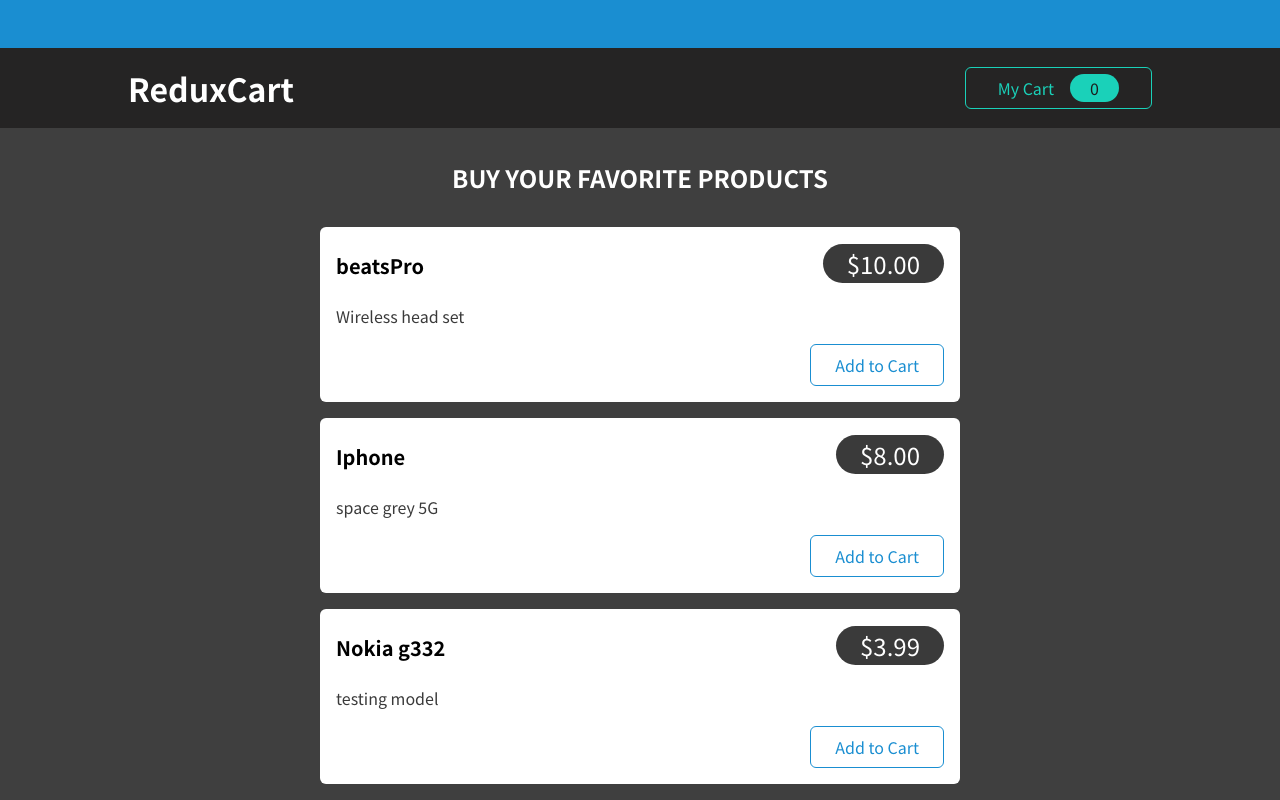
Repository: NamalPathirana/Redux-two-async
Page: /
The author's editor kept a copy of each file at every save. The page is drawn from the files as they stood at one save, then again after the next save.
The browser window is 1280 px wide. The pictures show the whole page.
The page's requests for data from a server got no answer. The project was rebuilt for these pictures with package versions that can differ from the ones it lists, and the page was loaded fresh each time. No one was signed in, and anything a server would have sent is missing. Also part of the build but not shown: src/components/Cart/Cart.module.css, src/components/Cart/CartItem.module.css, src/components/Cart/CartItem.js, src/components/Cart/Cart.js.

Above is the page before, as saved 2022-04-14 23:53:30.

### src/index.js
import ReactDOM from 'react-dom/client';

import './index.css';
import App from './App';
import { Provider } from 'react-redux';
import store from './store/store';



const root = ReactDOM.createRoot(document.getElementById('root'));
root.render(<Provider store={store}><App /></Provider>);

### src/index.css
@import url('https://fonts.googleapis.com/css2?family=Noto+Sans+JP:wght@400;700&display=swap');

* {
  box-sizing: border-box;
}

html {
  font-family: 'Noto Sans JP', sans-serif;
}

body {
  margin: 0%;
  background-color: #3f3f3f;
}

button {
  font: inherit;
  cursor: pointer;
  padding: 0.5rem 1.5rem;
  border-radius: 6px;
  background-color: transparent;
  color: #1a8ed1;
  border: 1px solid #1a8ed1;
}

button:hover,
button:active {
  background-color: #1ac5d1;
  border-color: #1ac5d1;
  color: white;
}

### src/App.js
import Cart from "./components/Cart/Cart";
import Layout from "./components/Layout/Layout";
import Products from "./components/Shop/Products";
import { useSelector } from "react-redux";
import { Fragment, useEffect } from "react";
import Notification from "./components/UI/Notification";

function App() {
  const cart = useSelector((state) => {
    return state.cart;
  });

  const isVisible = useSelector((state) => state.ui.cartIsVisible);

  useEffect(() => {
    fetch(
      "https://react-http-demo-87b25-default-rtdb.firebaseio.com/cart.json",
      {
        method: "PUT",
        body: JSON.stringify(cart),
      }
    );
  }, [cart]);

  return (
    <Fragment>
      <Notification></Notification>
      <Layout>
        {isVisible && <Cart />}
        <Products />
      </Layout>
    </Fragment>
  );
}

export default App;

### src/store/store.js
import { configureStore } from "@reduxjs/toolkit";
import cartSlice from "./cart";
import UISlice from "./ui-slice";

const store = configureStore({
  reducer: {
    cart: cartSlice,
    ui: UISlice,
  },
});

export default store;

### src/components/Shop/Products.js
import ProductItem from "./ProductItem";
import classes from "./Products.module.css";
import { cartActions } from "../../store/cart";
import { useDispatch, useSelector } from "react-redux";

const Products = (props) => {
  const dispatch = useDispatch();

  const cartItems = useSelector((state) => state.cart.items);

  const productList = [
    {
      id: 1,
      name: "beatsPro",
      description: "Wireless head set",
      price: 10,
    },
    {
      id: 2,
      name: "Iphone",
      description: "space grey 5G",
      price: 8,
    },
    {
      id: 3,
      name: "Nokia g332",
      description: "testing model",
      price: 3.99,
    },
  ];

  const onClickHandler = (id) => {

    const clickedItem = productList.filter((item)=>{ return item.id===id});

    dispatch(
      cartActions.addItemToCart({
        item: {
          id: id,
          name:clickedItem[0].name,
          description: clickedItem[0].description,
          quantity: 1,
          price: clickedItem[0].price,
        },
      })
    );
  }

  return (
    <section className={classes.products}>
      <h2>Buy your favorite products</h2>
      <ul>
        {productList.map((item) => {
          return (
            <ProductItem
              title={item.name}
              price={item.price}
              description={item.description}
              id={item.id}
              onClick={onClickHandler}
            />
          );
        })}
      </ul>
    </section>
  );
};

export default Products;

### src/components/UI/Notification.js
import classes from "./Notification.module.css"

const Notification = (props) => {
  let specialClasses = '';

  if(props.status === 'error'){
      specialClasses = classes.error;
  }

  if(props.status === 'success'){
      specialClasses = classes.success;
  }

  const cssClasses = `${classes.notification} ${specialClasses}`;

  return (
    <section className={cssClasses}>
      <h2>{props.title}</h2>
      <p>{props.message}</p>
    </section>
  );
};

export default Notification;

### src/store/cart.js
import { createSlice } from "@reduxjs/toolkit";

// itemsTemplate = {items: [
//     {
//       id: 0,
//       name: "",
//       description: "",
//       quantity: 0,
//       price: 0,
//       totalPrice: 0,
//     },
//   ],}

const initialCartState = {
  items: [],
  totalAmount: 0.0,
  totalItems: 0,
};

const cartSlice = createSlice({
  name: "cart",
  initialState: initialCartState,
  reducers: {
    addItemToCart(state, actions) {
      if (actions.payload.item === null) return;

      const userEnteredItem = actions.payload.item;

      const existingItem = state.items.find(
        (item) => item.id === userEnteredItem.id
      );

      if (existingItem) {
        existingItem.quantity++;
        existingItem.totalPrice = existingItem.quantity * existingItem.price;
      } else {
        state.items.push({
          id: userEnteredItem.id,
          name: userEnteredItem.name,
          description: userEnteredItem.description,
          quantity: userEnteredItem.quantity,
          price: userEnteredItem.price,
          totalPrice: userEnteredItem.price * userEnteredItem.quantity,
        });
      }

      state.totalItems = state.items.reduce((previousValue, currentItem) => {
        return previousValue + currentItem.quantity;
      }, 0);

      state.totalAmount = state.items.reduce((previousValue, currentItem) => {
        return previousValue + currentItem.totalPrice;
      }, 0);
    },
    increaseQuantity(state, actions) {
      const existingItem = state.items.find(
        (item) => item.id === actions.payload.id
      );
      existingItem.quantity++;
      existingItem.totalPrice = existingItem.price * existingItem.quantity;

      state.totalItems = state.items.reduce((previousValue, currentItem) => {
        return previousValue + currentItem.quantity;
      }, 0);
      state.totalAmount = state.items.reduce((previousValue, currentItem) => {
        return previousValue + currentItem.totalPrice;
      }, 0);
    },
    decreaseQuantity(state, actions) {
      const existingItem = state.items.find(
        (item) => item.id === actions.payload.id
      );

      existingItem.quantity--;
      existingItem.totalPrice = existingItem.price * existingItem.quantity;
      state.totalItems = state.items.reduce((previousValue, currentItem) => {
        return previousValue + currentItem.quantity;
      }, 0);
      state.totalAmount = state.items.reduce((previousValue, currentItem) => {
        return previousValue + currentItem.totalPrice;
      }, 0);

      if (existingItem.quantity === 0)
        state.items = state.items.filter((item) => item.id !== existingItem.id);
    },
  },
});

export const cartActions = cartSlice.actions;

export default cartSlice.reducer;

### src/store/ui-slice.js
import { createSlice } from "@reduxjs/toolkit";

const initialUIState = {
    cartIsVisible:false
}

const UISlice = createSlice({
    name:'ui',
    initialState:{initialUIState},
    reducers:{
        toggle(state){
            state.cartIsVisible = !state.cartIsVisible;
        }
    }
});

export const UIActions = UISlice.actions;

export default UISlice.reducer;

### src/components/Shop/ProductItem.js
import Card from "../UI/Card";
import classes from "./ProductItem.module.css";

const ProductItem = (props) => {
  const { title, price, description, id } = props;

  return (
    <li className={classes.item}>
      <Card>
        <header>
          <h3>{title}</h3>
          <div className={classes.price}>${price.toFixed(2)}</div>
        </header>
        <p>{description}</p>
        <div className={classes.actions}>
          <button onClick={props.onClick.bind(null,id)}>Add to Cart</button>
        </div>
      </Card>
    </li>
  );
};

export default ProductItem;

### src/components/UI/Notification.module.css
.notification{
    background-color: #1a8ed1;
    width: 100%;
    height: 3rem;
    margin: auto;
    display: flex;
    justify-content: space-between;
    align-items: center;
    color: white;
}

### src/components/Cart/CartButton.js
import classes from "./CartButton.module.css";
import { useSelector, useDispatch } from "react-redux";
import { UIActions } from "../../store/ui-slice";

const CartButton = () => {
  const dispatch = useDispatch();

  const cartItemCount = useSelector((state) => {
    return state.cart.totalItems;
  });

  const cartToggleHandler = () => {
    dispatch(UIActions.toggle());
  };

  return (
    <button className={classes.button} onClick={cartToggleHandler}>
      <span>My Cart</span>
      <span className={classes.badge}>{cartItemCount}</span>
    </button>
  );
};

export default CartButton;

Loaded but not shown: public/index.html (common file); src/components/Layout/Layout.js (common file); src/components/UI/Card.js (common file); src/components/Layout/MainHeader.js (common file); src/components/Shop/Products.module.css (common file); src/components/UI/Card.module.css (common file); src/components/Layout/MainHeader.module.css (common file); src/components/Shop/ProductItem.module.css (common file); src/components/Cart/CartButton.module.css (common file)

After the next save:
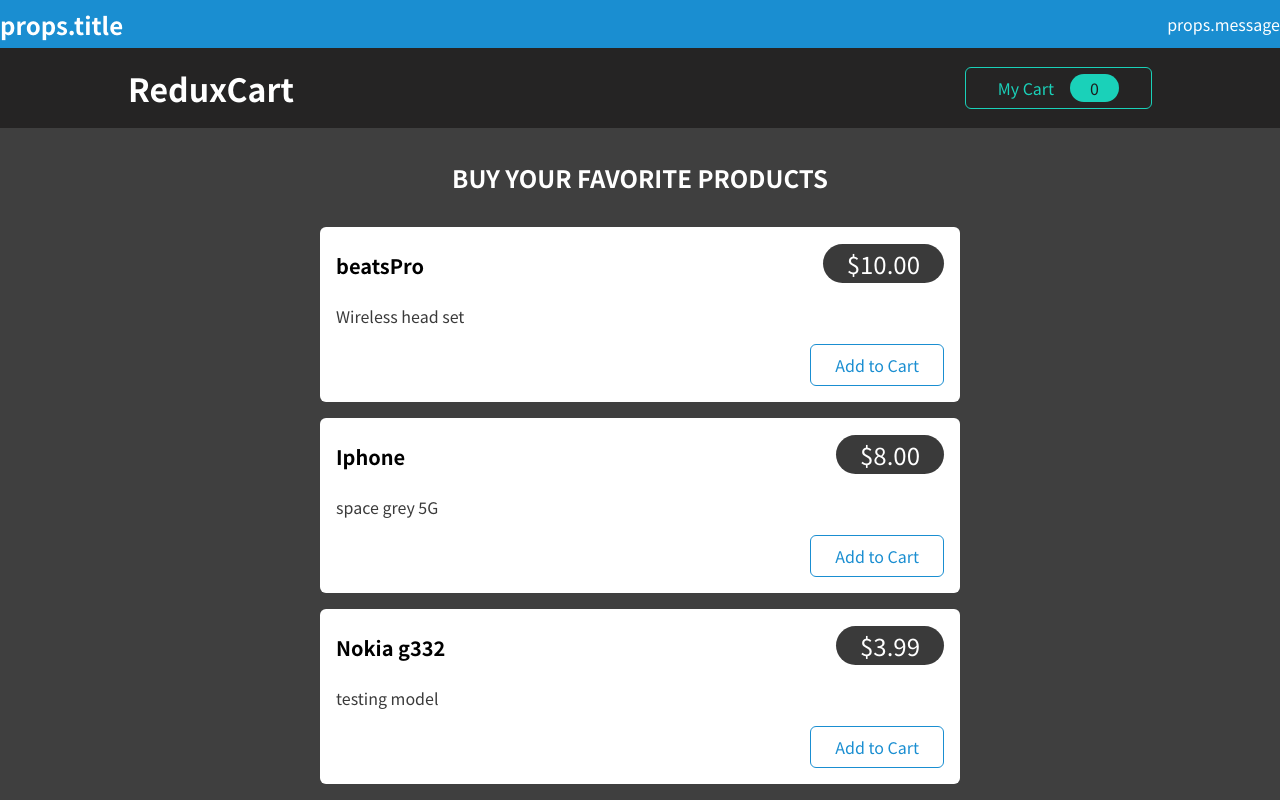
Saved 22 s later.
--- a/src/components/UI/Notification.js
+++ b/src/components/UI/Notification.js
@@ -15,8 +15,8 @@ const Notification = (props) => {
 
   return (
     <section className={cssClasses}>
-      <h2>{props.title}</h2>
-      <p>{props.message}</p>
+      <h2>{"props.title"}</h2>
+      <p>{"props.message"}</p>
     </section>
   );
 };
